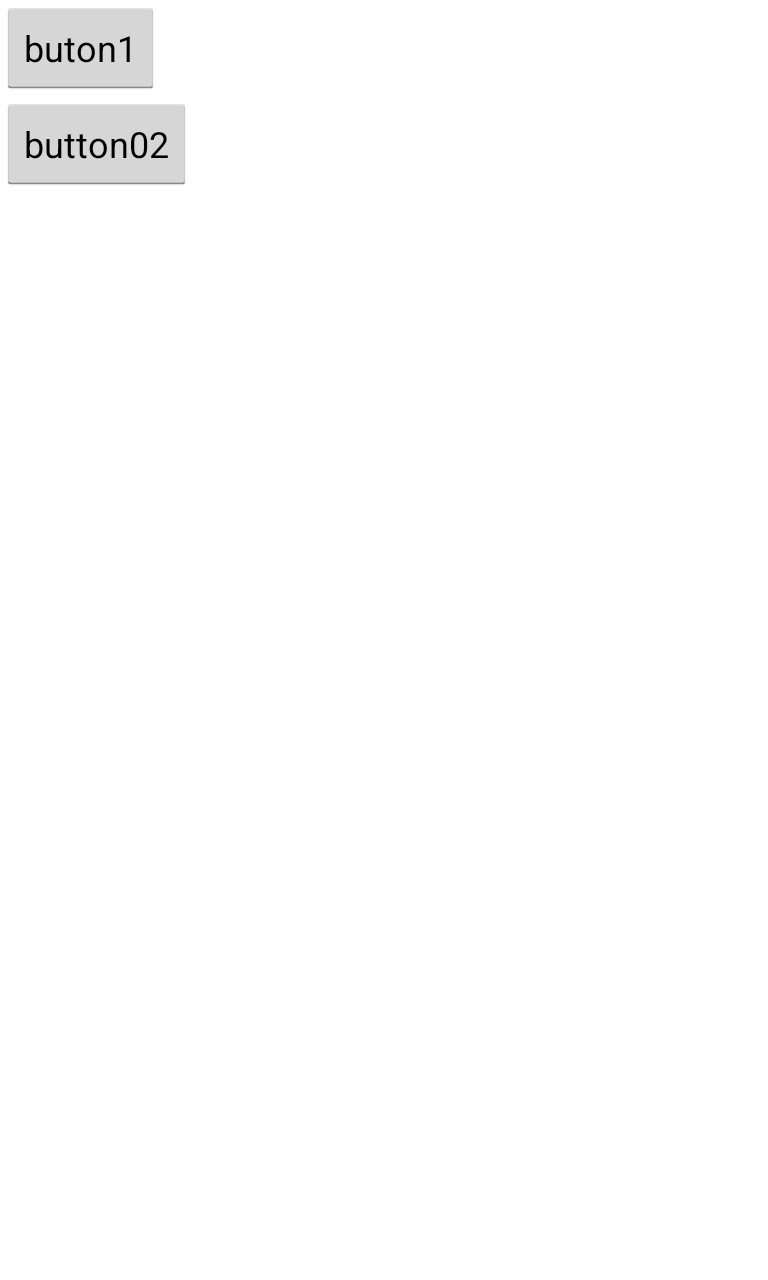
Repository: maya-alba/BasicInterface
Layout: URLConnection/res/layout/activity_main.xml
An editor plug-in stored every save of this project. The layout is shown before and after the next save, followed by the edit.
It is drawn on a 768 x 1280 px phone screen (xhdpi) without system bars, with theme AppTheme; the app's code is not run.

Above is the layout before, as saved 2014-04-11 22:29:22.

### URLConnection/res/layout/activity_main.xml
<?xml version="1.0" encoding="utf-8"?>
<LinearLayout
    xmlns:android="http://schemas.android.com/apk/res/android"
    android:orientation="vertical"
    android:layout_width="fill_parent"
    android:layout_height="fill_parent"
    android:scrollbars="vertical">
    <Button
		android:id="@+id/Button01"
		android:text="buton1"
		android:layout_height="wrap_content"
		android:layout_width="wrap_content">
	</Button>
	<Button
	    android:id="@+id/Button02"
		android:layout_height="wrap_content"
		android:text="button02"
		android:layout_width="wrap_content">
	</Button>
	<ImageView
		android:id="@+id/imageview01"
		android:layout_width="wrap_content"
		android:layout_height="wrap_content"
		android:cropToPadding="true" >
	</ImageView>
	<TextView
    	android:id="@+id/textview01"
    	android:layout_width="fill_parent"
    	android:layout_height="wrap_content" />
</LinearLayout>

Loaded but not shown: URLConnection/res/values/styles.xml (common file); URLConnection/res/values-v11/styles.xml (common file); URLConnection/res/values-v14/styles.xml (common file)

After the next save:
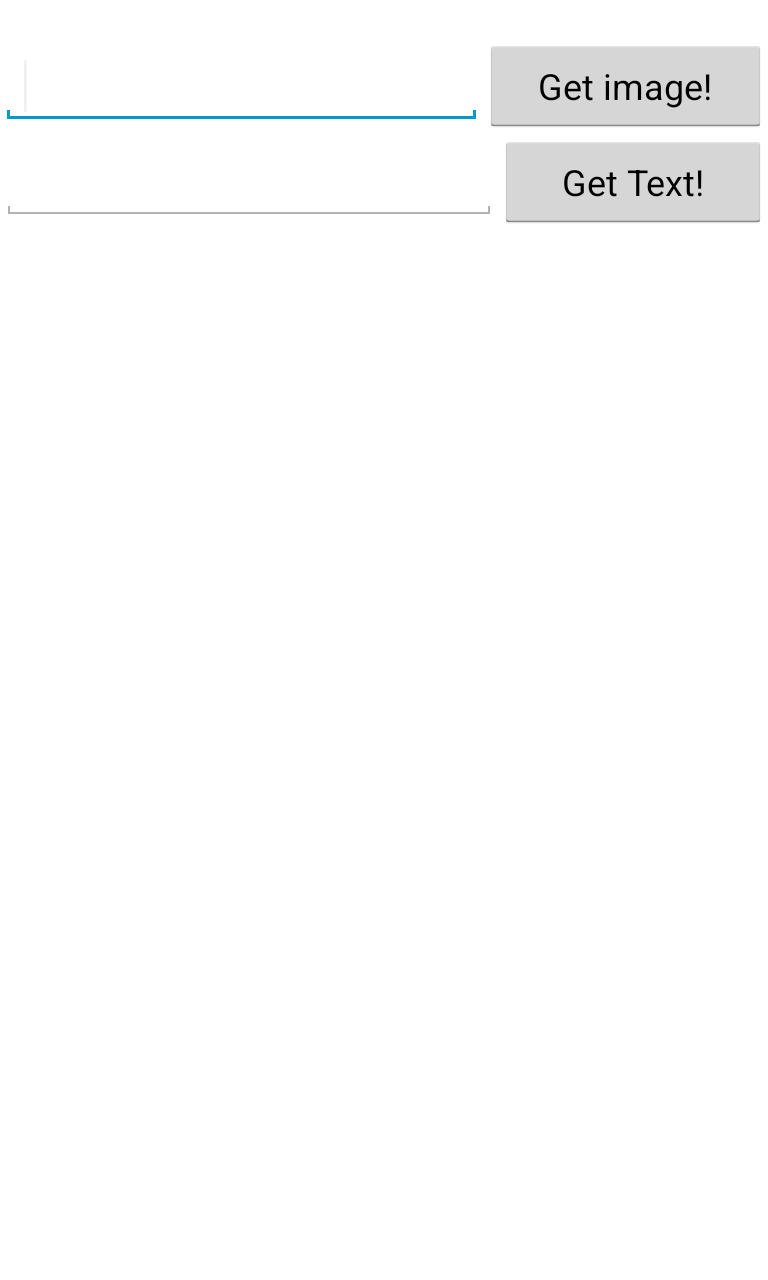
Saved 38 min 10 s later.
--- a/URLConnection/res/layout/activity_main.xml
+++ b/URLConnection/res/layout/activity_main.xml
@@ -5,18 +5,6 @@
     android:layout_width="fill_parent"
     android:layout_height="fill_parent"
     android:scrollbars="vertical">
-    <Button
-		android:id="@+id/Button01"
-		android:text="buton1"
-		android:layout_height="wrap_content"
-		android:layout_width="wrap_content">
-	</Button>
-	<Button
-	    android:id="@+id/Button02"
-		android:layout_height="wrap_content"
-		android:text="button02"
-		android:layout_width="wrap_content">
-	</Button>
 	<ImageView
 		android:id="@+id/imageview01"
 		android:layout_width="wrap_content"
@@ -27,4 +15,48 @@
     	android:id="@+id/textview01"
     	android:layout_width="fill_parent"
     	android:layout_height="wrap_content" />
+
+	<LinearLayout
+	    android:layout_width="match_parent"
+	    android:layout_height="wrap_content" >
+
+		<EditText
+		    android:id="@+id/editText1"
+		    android:layout_width="wrap_content"
+		    android:layout_height="wrap_content"
+		    android:layout_weight="1"
+		    android:ems="10" >
+
+		    <requestFocus />
+		</EditText>
+
+		<Button
+		    android:id="@+id/Button01"
+		    android:layout_width="wrap_content"
+		    android:layout_height="wrap_content"
+		    android:layout_weight="1"
+		    android:text="Get image!" />
+
+	</LinearLayout>
+
+	<LinearLayout
+	    android:layout_width="match_parent"
+	    android:layout_height="wrap_content" >
+
+		<EditText
+		    android:id="@+id/editText2"
+		    android:layout_width="wrap_content"
+		    android:layout_height="wrap_content"
+		    android:layout_weight="1"
+		    android:ems="10" />
+
+		<Button
+		    android:id="@+id/Button02"
+		    android:layout_width="wrap_content"
+		    android:layout_height="wrap_content"
+		    android:layout_weight="1"
+		    android:text="Get Text!" />
+
+	</LinearLayout>
+
 </LinearLayout>
